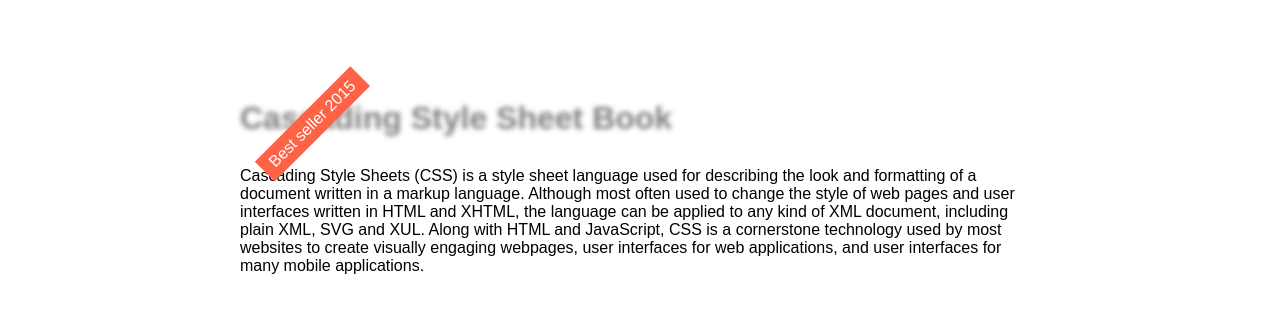
Repository: G1tHub-zer0/BTTH
Page: BTCSS/bai12.html
An editor plug-in stored every save of this project. The page is shown before and after the next save, followed by the edit.
The browser window is 1280 px wide. The pictures show the whole page.

Above is the page before, as saved 2024-03-22 19:20:20.

### BTCSS/bai12.html
<!DOCTYPE html>
<html lang='en'>

<head>
    <meta charset='UTF-8'>
    <meta http-equiv='X-UA-Compatible' content='IE=edge'>
    <meta name='viewport' content='width=device-width, initial-scale=1.0'>
    <link rel='stylesheet' href='bai12.css'>
    <title></title>
</head>

<body>
    <div class="container">
        <div class="ribbon">Best seller 2015</div>
        <h1>Cascading Style Sheet Book</h1>
        <p>
            Cascading Style Sheets (CSS) is a style sheet language used for describing the look and formatting of a
            document written in a markup language. Although most often used to change the style of web pages and user
            interfaces written in HTML and XHTML, the language can be applied to any kind of XML document, including
            plain XML, SVG and XUL. Along with HTML and JavaScript, CSS is a cornerstone technology used by most
            websites to create visually engaging webpages, user interfaces for web applications, and user interfaces for
            many mobile applications.
        </p>
    </div>
</body>

</html>

### BTCSS/bai12.css
body {
  margin: 0 auto;
  max-width: 800px;
  font-family: Arial, sans-serif;
  box-sizing: border-box;
  padding: 0;
}
h1 {
  color: transparent;
  text-shadow: 0 0 5px rgba(0, 0, 0, 0.5);
}
p {
  margin-top: 30px;
}
.container {
  position: relative;
  margin-top: 100px;
}
.ribbon {
  position: absolute;
  top: 10px;
  left: 5px;
  background-color: #ff6347;
  color: #fff;
  padding: 5px 10px;
  transform: rotate(-45deg);
}

After the next save:
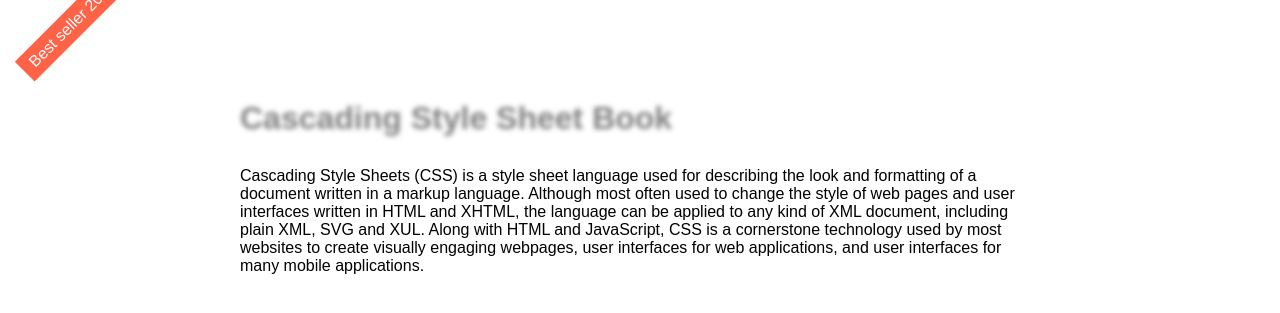
Saved 5 s later.
--- a/BTCSS/bai12.css
+++ b/BTCSS/bai12.css
@@ -13,7 +13,7 @@ p {
   margin-top: 30px;
 }
 .container {
-  position: relative;
+  /* position: relative; */
   margin-top: 100px;
 }
 .ribbon {
